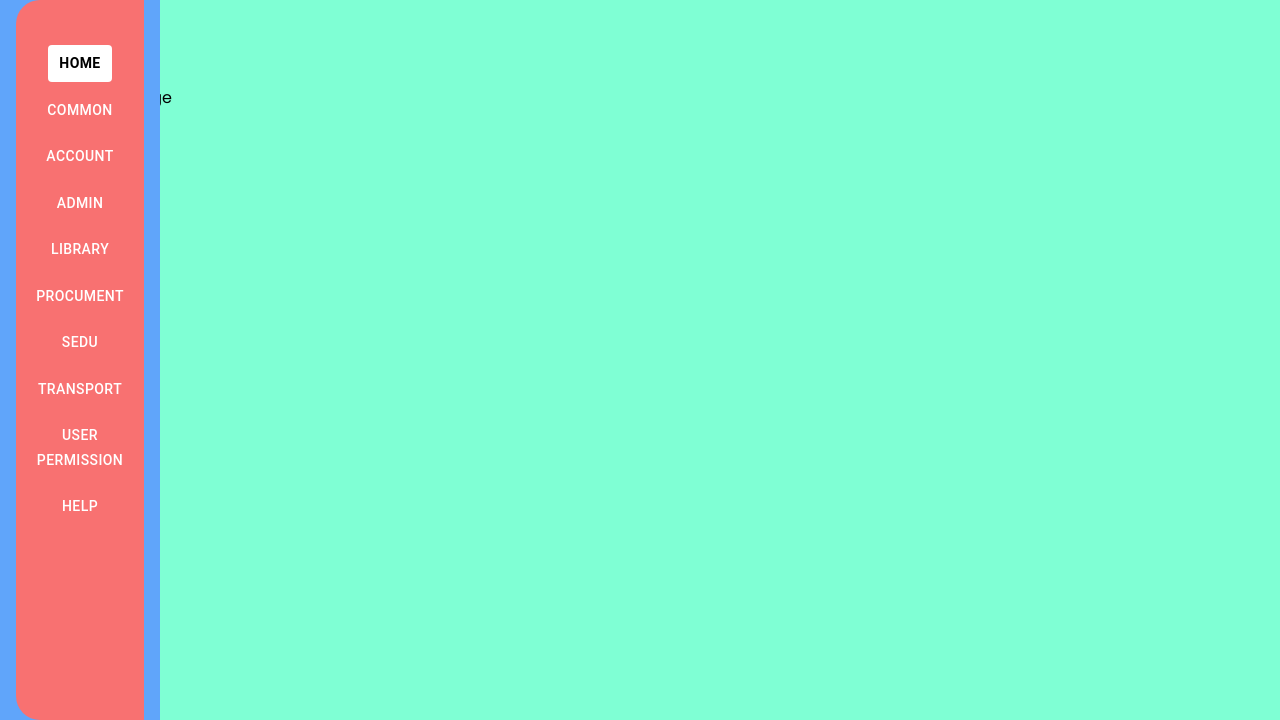
Repository: virangaj/NIFS-WebApp
Page: / (app in client/)
These files come from the project's save history. The page is drawn as it stood at one moment and after the next save; the edit follows.
The browser window is 1280 px wide. The pictures show the whole page.
The project was rebuilt for these pictures with package versions that can differ from the ones it lists, and the page was loaded fresh each time. Also part of the build but not shown: client/src/pages/Login.tsx, client/src/components/Transport/shared/TransportNavbar.js, client/src/pages/TransportMainPage.tsx, client/src/pages/CommonMainPage.tsx, client/src/pages/AccountMainPage.tsx, client/src/pages/AdminMainPage.tsx, client/src/pages/LibraryMainPage.js, client/src/pages/ProcumentMainPage.js and 15 more.

Above is the page before, as saved 2022-07-30 22:22:40.

### client/public/index.html
<!DOCTYPE html>
<html lang="en">
	<head>
		<meta charset="utf-8" />
		<link rel="icon" href="nifs_logo.png" />
		<meta name="viewport" content="width=device-width, initial-scale=1" />
		<meta name="theme-color" content="#000000" />
		<meta
			name="description"
			content="Web site created using create-react-app"
		/>
		<link rel="apple-touch-icon" href="%PUBLIC_URL%/logo192.png" />
		<!--
      manifest.json provides metadata used when your web app is installed on a
      user's mobile device or desktop. See https://developers.google.com/web/fundamentals/web-app-manifest/
    -->
		<link rel="manifest" href="%PUBLIC_URL%/manifest.json" />
		<!--
      Notice the use of %PUBLIC_URL% in the tags above.
      It will be replaced with the URL of the `public` folder during the build.
      Only files inside the `public` folder can be referenced from the HTML.

      Unlike "/favicon.ico" or "favicon.ico", "%PUBLIC_URL%/favicon.ico" will
      work correctly both with client-side routing and a non-root public URL.
      Learn how to configure a non-root public URL by running `npm run build`.
    -->
		<link
			href="https://fonts.googleapis.com/css?family=Poppins"
			rel="stylesheet"
		/>
		<title>NIFS Dashboard</title>
	</head>
	<body>
		<noscript>You need to enable JavaScript to run this app.</noscript>
		<div id="root"></div>
		<!--
      This HTML file is a template.
      If you open it directly in the browser, you will see an empty page.

      You can add webfonts, meta tags, or analytics to this file.
      The build step will place the bundled scripts into the <body> tag.

      To begin the development, run `npm start` or `yarn start`.
      To create a production bundle, use `npm run build` or `yarn build`.
    -->
	</body>
</html>

### client/src/index.css
@tailwind base;
@tailwind components;
@tailwind utilities;

* {
  margin: 0;
}

body {
  font-family: 'Poppins';
  -webkit-font-smoothing: antialiased;
  -moz-osx-font-smoothing: grayscale;
  background-color: aliceblue;

}

::-webkit-scrollbar {
  display: none;
}


:root {
  --main-navbar-back: #00003c;
  --nav-title-section-back: rgba(47, 163, 72, 0.589);
  --white: #fff;
  --black: #000;
  --gray: rgba(68, 68, 68, 0.432);
  --border-radius: 10px;
  --pimary: rgb(10, 94, 133);
  --warning: #ed3d63;

}


.nav-logo {
  width: 100px;
  height: auto;
}

a {
  text-decoration: none;
}

.border-l-rounded {}

/* main navbar */
.main-navbar {
  background-color: var(--main-navbar-back) !important;
  width: 100% !important;
  height: 80px !important;

}



/* secondary navbar */
.secondary-navbar {
  margin: auto;
}

.nav-flex-section {
  display: -webkit-flex;
  display: -ms-flexbox;
  display: flex;
  -webkit-flex-wrap: wrap;
  -ms-flex-wrap: wrap;
  flex-wrap: wrap;
  justify-content: center;
}

.nav-flex-inside {
  margin-left: 5px;
  margin-left: 5px;
}

.nav-title {
  font-size: 15px;
  text-align: center;
  color: var(--white);
  font-weight: 600;

}

.nav-title-section {
  border-radius: var(--border-radius);
  background-color: var(--nav-title-section-back);
  box-shadow: rgba(100, 100, 111, 0.2) 0px 7px 29px 0px;
  pointer-events: none;
  margin-left: 10px;
  margin-left: 10px;
}

.nav-icon {
  width: 40px;
}

.nav-link {
  display: flex;
  display: -webkit-flex;
  display: -ms-flexbox;
  flex-direction: column;
  align-items: center;
  font-size: 14px;
  margin-left: 5px;
  margin-right: 5px;
  border: none;
  box-shadow: rgba(100, 100, 111, 0.2) 0px 7px 29px 0px;
  padding: 4px 8px 6px 8px;
  margin-bottom: 10px;
  text-align: center;
  width: 125px;
  border-radius: var(--border-radius);
  background-color: var(--white);
  outline: none;
  min-height: 120px;
}

.nav-link:hover {
  color: var(--pimary);
  cursor: pointer;
  box-shadow: rgba(81, 146, 177, 0.2) 0px 7px 29px 0px;
  background-color: rgb(254, 255, 205);
  border-bottom: 2px solid var(--warning);
}


.nav-link:active {
  color: var(--pimary);
  cursor: pointer;
  box-shadow: rgba(81, 146, 177, 0.2) 0px 7px 29px 0px;
  background-color: rgb(205, 248, 255);
  border-bottom: 2px solid var(--warning);
}

.nav-link-active {
  color: var(--pimary);
  cursor: pointer;
  box-shadow: rgba(81, 146, 177, 0.2) 0px 7px 29px 0px;
  background-color: rgb(205, 248, 255);
  border-bottom: 2px solid var(--warning);
}

/* body content*/
.body-content {
  margin: auto;
  width: 90%;
  margin-top: 12vh;

}

/* main page content */
.main-content {
  width: 90%;
  margin: auto;
  margin-top: 20px;
}

/* sub page content */

.sub-body-content {
  border: 2px solid var(--gray);
  border-radius: var(--border-radius);
  padding: 10px;
}

.sub-body-title {
  font-size: 24px;
}



/* error page */
.error-page {
  border: 2px solid var(--gray);
  border-radius: var(--border-radius);
  height: 50vh;
  width: 50vw;
  margin: auto;
  margin-top: 50px;
}

.error-page-content {
  display: flex;
  flex-direction: column;
  align-items: center;
  text-align: center !important;
  margin-top: 50px;
}

.error-page-content h1 {
  font-size: 100px;
  color: var(--warning);
  font-weight: 700;
  pointer-events: none;

}

.error-page-content p {
  font-size: 20px;
  margin-bottom: 20px;
  pointer-events: none;
}


@media screen and (max-width: 1366px) {
  body {
    background-color: aquamarine;
  }

  .nav-link {
    font-size: 12px;
    padding: 4px 4px 6px 4px;
    width: 100px;
    min-height: 100px;
  }

  .nav-icon {
    width: 35px;
  }
}

### client/src/App.tsx
import React, { useEffect } from 'react';
import Navbar from './components/shared/Navbar';
import Login from './pages/Login'
import { BrowserRouter as Router, Route, Routes } from 'react-router-dom'
import Home from './pages/Home';
import TransportMainPage from './pages/TransportMainPage';
import CommonMainPage from './pages/CommonMainPage';
import AccountMainPage from './pages/AccountMainPage';
import AdminMainPage from './pages/AdminMainPage';
import LibraryMainPage from './pages/LibraryMainPage';
import ProcumentMainPage from './pages/ProcumentMainPage';
import SeduMainPage from './pages/SeduMainPage';
import UserPermissionMainPage from './pages/UserPermissionMainPage';
import NotificationMainPage from './pages/NotificationMainPage';
import HelpMainPage from './pages/HelpMainPage';
import ErrorPage from './pages/ErrorPage';
import VerticalMainNavbar from './components/shared/VerticalMainNavbar';


function App() {


  return (
    <Router>
      {/* <Navbar /> */}
      <div>
        <VerticalMainNavbar />
      </div>
      <div className='overflow-y-scroll ml-4 scroll-bar'>
        <Routes>
          <Route path="/login" element={<Login />} />
          <Route path="/" element={<Home />} />
          <Route path="/common/*" element={<CommonMainPage />} />
          <Route path="/account/*" element={<AccountMainPage />} />
          <Route path="/admin/*" element={<AdminMainPage />} />
          <Route path="/library/*" element={<LibraryMainPage />} />
          <Route path="/procument/*" element={<ProcumentMainPage />} />
          <Route path="/sedu/*" element={<SeduMainPage />} />
          <Route path="/transport/*" element={<TransportMainPage />} />
          <Route
            path="/user-permission/*"
            element={<UserPermissionMainPage />}
          />
          <Route
            path="/notification/*"
            element={<NotificationMainPage />}
          />
          <Route path="/help/*" element={<HelpMainPage />} />
          <Route path="/error-404" element={<ErrorPage />} />
        </Routes>
      </div>


    </Router>
  );
}

export default App;

### client/src/pages/Home.tsx
import React from 'react';

function Home() {
	return (
		<div className="body-content">
			<h1>Home Page</h1>

		</div>
	);
}

export default Home;

### client/src/components/shared/VerticalMainNavbar.tsx
import { Button } from '@mui/material'
import React from 'react'
import { Link, useLocation } from 'react-router-dom'
import Pages from '../data/MainNavPages.json'
import Pages from '../data/MainNavPages.json';



function VerticalMainNavbar() {

    const location: any = useLocation();

    return (
        <div className='fixed left-0 top-0 w-40 bg-blue-400'>
            <div className='bg-red-400 h-[100vh] w-32 flex flex-col items-center py-10 ml-4 rounded-l-3xl'>

                {Pages.map((page, index) => (
                    location.pathname.split('/')[1] === page.link.split('/')[1] ?
                        <Link to={page.link} style={{ textDecoration: 'none' }} key={index}>
                            <Button

                                sx={{ my: "5px", color: 'white', display: 'block' }}
                                style={{ backgroundColor: '#fff', color: '#000', fontWeight: 700 }}


                            >
                                {page.title}
                            </Button>
                        </Link>
                        :
                        <Link to={page.link} style={{ textDecoration: 'none' }} key={index}>
                            <Button
                                key={page.id}

                                sx={{ my: "5px", color: 'white', display: 'block' }}

                            >
                                {page.title}
                            </Button>
                        </Link>
                ))}
            </div>
        </div>
    )
}

export default VerticalMainNavbar

### client/src/components/data/MainNavPages.json
[
    {
        "id": 0,
        "title": "Home",
        "link": "/"
    },
    {
        "id": 1,
        "title": "Common",
        "link": "/common"
    },
    {
        "id": 2,
        "title": "Account",
        "link": "/account"
    },
    {
        "id": 3,
        "title": "Admin",
        "link": "/admin"
    },
    {
        "id": 4,
        "title": "Library",
        "link": "/library"
    },
    {
        "id": 5,
        "title": "Procument",
        "link": "/procument"
    },
    {
        "id": 6,
        "title": "SEDU",
        "link": "/sedu"
    },
    {
        "id": 7,
        "title": "Transport",
        "link": "/transport"
    },
    {
        "id": 8,
        "title": "User Permission",
        "link": "/user-permission"
    },
    {
        "id": 10,
        "title": "Help",
        "link": "/help"
    }
]

Loaded but not shown: client/src/index.tsx (common file); client/src/reportWebVitals.ts (common file); client/tailwind.config.js (common file)

After the next save:
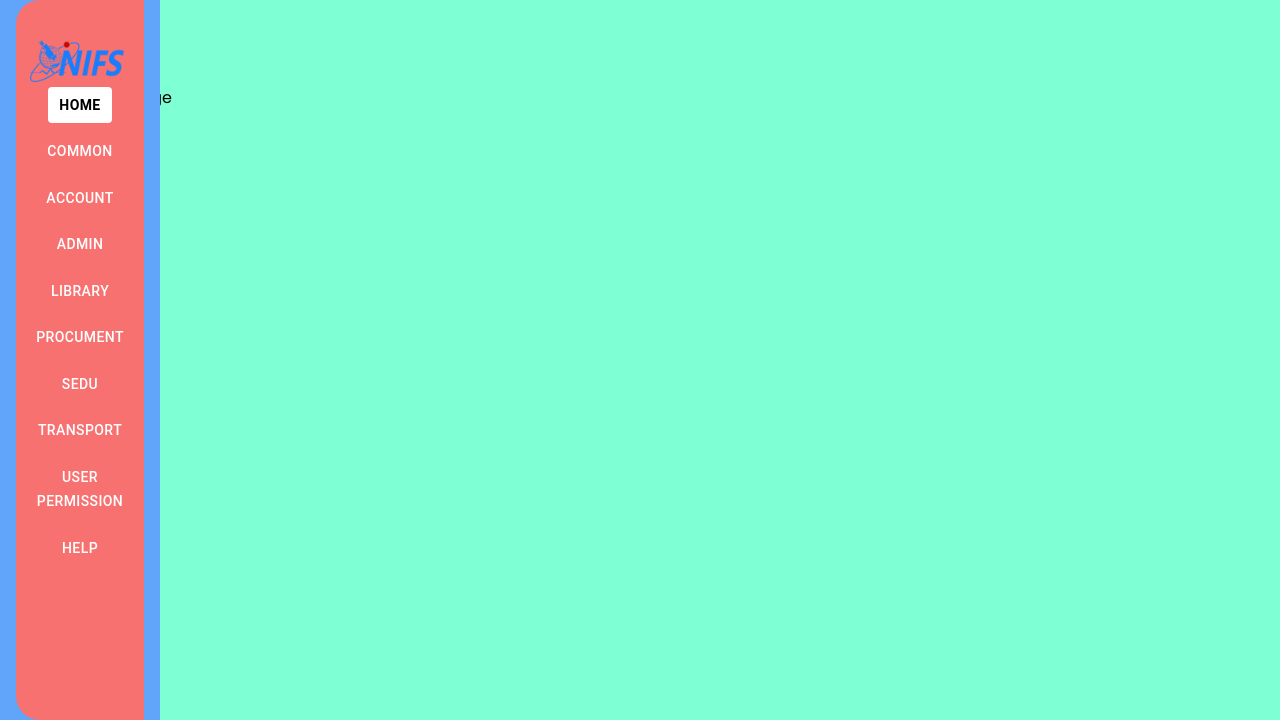
Saved 20 s later.
--- a/client/src/components/shared/VerticalMainNavbar.tsx
+++ b/client/src/components/shared/VerticalMainNavbar.tsx
@@ -2,8 +2,8 @@ import { Button } from '@mui/material'
 import React from 'react'
 import { Link, useLocation } from 'react-router-dom'
 import Pages from '../data/MainNavPages.json'
-import Pages from '../data/MainNavPages.json';
 
+import Logo from '../../images/nifs_logo.png'
 
 
 function VerticalMainNavbar() {
@@ -13,7 +13,7 @@ function VerticalMainNavbar() {
     return (
         <div className='fixed left-0 top-0 w-40 bg-blue-400'>
             <div className='bg-red-400 h-[100vh] w-32 flex flex-col items-center py-10 ml-4 rounded-l-3xl'>
-
+                <img src={Logo} alt="logo" className="nav-logo" />
                 {Pages.map((page, index) => (
                     location.pathname.split('/')[1] === page.link.split('/')[1] ?
                         <Link to={page.link} style={{ textDecoration: 'none' }} key={index}>
